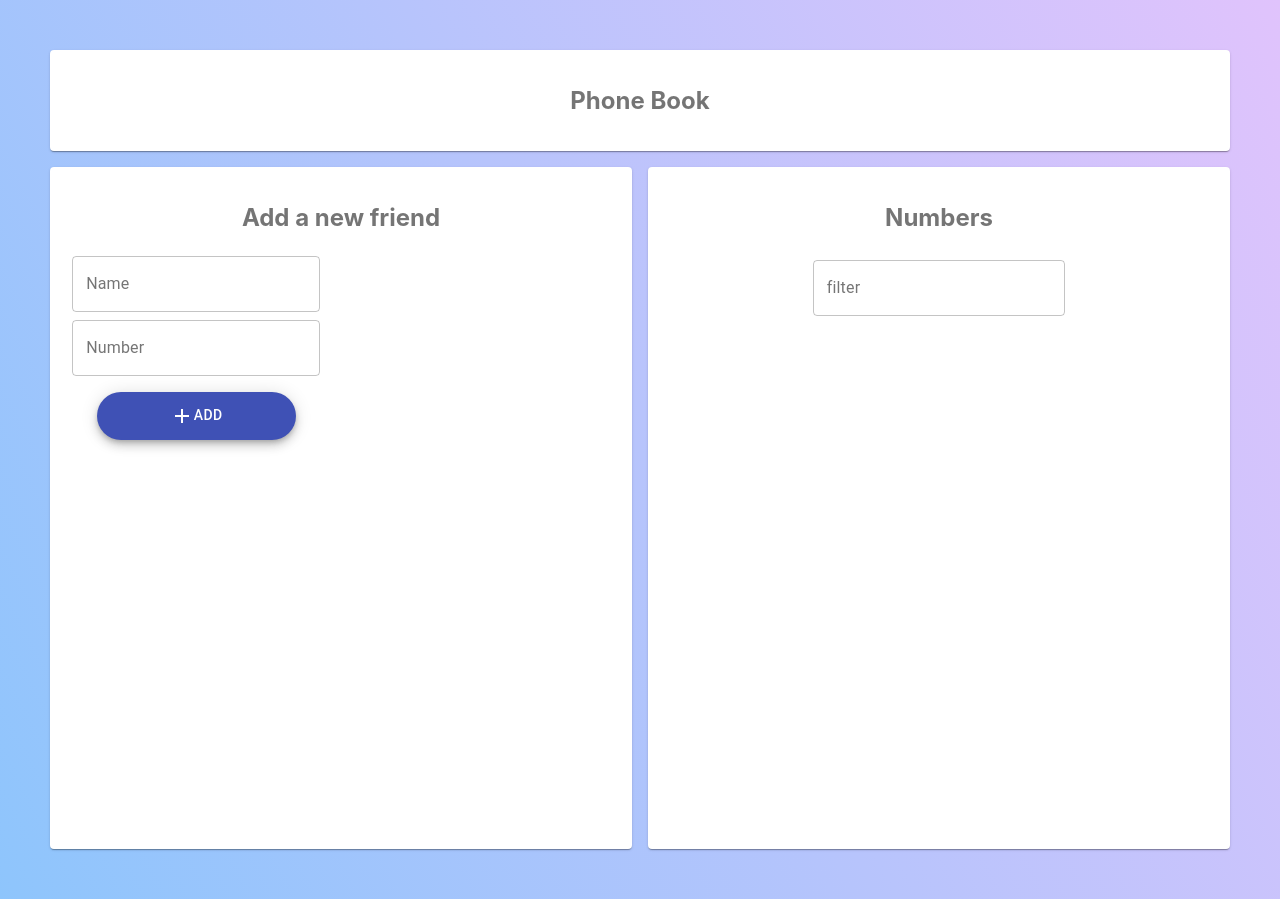
Repository: StacyLafume/phone-book
Page: / (app in phone-book/)
An editor plug-in stored every save of this project. The page is shown before and after the next save, followed by the edit.
The browser window is 1280 px wide. The pictures show the whole page.
The page's requests for data from a server got no answer. The project was rebuilt for these pictures with package versions that can differ from the ones it lists, and the page was loaded fresh each time. No one was signed in, and anything a server would have sent is missing. Also part of the build but not shown: phone-book/src/PhoneBook.js.

Above is the page before, as saved 2021-04-02 02:22:21.

### phone-book/src/index.css
body {
  margin: 0;
  font-family: -apple-system, BlinkMacSystemFont, 'Segoe UI', 'Roboto', 'Oxygen',
    'Ubuntu', 'Cantarell', 'Fira Sans', 'Droid Sans', 'Helvetica Neue',
    sans-serif;
  -webkit-font-smoothing: antialiased;
  -moz-osx-font-smoothing: grayscale;
  background-color: #8EC5FC;
background-image: linear-gradient(62deg, #8EC5FC 0%, #E0C3FC 100%);

}

code {
  font-family: source-code-pro, Menlo, Monaco, Consolas, 'Courier New',
    monospace;
}

### phone-book/src/App.js
import React, { useState, useEffect } from "react";
// importing a modual personsService
import personsService from "./Service/person";
import Filter from "./Filter";
import Notification from "./Notification";
import PersonForm from "./PersonForm";
import PhoneBook from "./PhoneBook";
import { makeStyles } from '@material-ui/core/styles';
import Paper from '@material-ui/core/Paper';
import Grid from '@material-ui/core/Grid';
import Box from '@material-ui/core/Box';
import List from '@material-ui/core/List';


const App = () => {
  const [persons, setPersons] = useState([]);
  const [newName, setNewName] = useState("");
  const [newNumber, setNewNumber] = useState("");
  const [showFilter, setshowFilter] = useState("");
  const [notification, setNotification] = useState(null);
  const [success, setSuccess] = useState(null);

  const useStyles = makeStyles((theme) => ({
    root: {
      flexGrow: 1,
      margin: 50,

    },
    paper: {
      padding: theme.spacing(2),
      justifyItems: 'center',
      color: theme.palette.text.secondary,
      overflow: 'auto',
      height: 650,

    },
    header1: {
      padding: theme.spacing(2),
      justifyItems: 'center',
      color: theme.palette.text.secondary,
      overflow: 'auto',
      textAlign: 'center'
    },
    addFriend:{
      padding: theme.spacing(2),
      justifyItems: 'center',
      color: theme.palette.text.secondary,
      overflow: 'auto',
      textAlign: 'center',
      height: 650,
      justifyContent: 'center'

    }
  }));

  // show data on the screen
  useEffect(() => {
    personsService
      .getAll()
      .then(response => {
        setPersons(response);
      })
      .catch(error => showMessage("Could not retrieve data", false));
  }, []);

  const addNewName = e => {
    e.preventDefault();
    const personObject = {
      name: newName,
      number: newNumber
    };

    //console.log('persons.some(e => e.name === newName)',persons.some(e => e.name === newName))

    // if name is already in phone book return true and alert user
    if (persons.some(e => e.name === newName)) {

      // first name equal to that name
      let personId = persons.find(item => item.name === newName);

      // assigning whats in person obj to person id to update the entry
      let updatedEntry = Object.assign(personId, personObject);

      // alert the user  to update name  and / or  number
      if (
        window.confirm(
          `Do you want to update ${newName} with number ${newNumber}?`
        )
      ) {
        // based on the condition it will make put request to update
        personsService
          .update(personId.id, personObject)
          .then(() => {
            setPersons(
              // map through persons check if name is equal to new name
              //and either return updatedEntry or item
              persons.map(item => (item.name === newName ? updatedEntry : item))
            );
            // reset inputs
            setNewName("");
            setNewNumber("");
            // alert user of the changes
            showMessage(` ${newName} phone number updated`);
          })
          .catch(error => {
            showMessage(
              `Update failed. ${newName} has already been removed from the phone book.`,
              false
            );
            setPersons(persons.filter(n => n.name !== newName));
          });
      }
    } else {
      // if number is already in phone book return true and alert user
      if (persons.some(e => e.number === newNumber)) {
        showMessage(`# ${newNumber} is already in the phone book.`, false);
      } else {
        // check if inputs are empty and set show message
        if (newName === "" || newNumber === "") {
          showMessage(`The name and number must not be empty`, false);
        } else {
          // add personObject to the data base
          personsService
            .create(personObject)
            .then(returnedPerson => {
              setPersons(persons.concat(returnedPerson));
              // reset inputs
              setNewName("");
              setNewNumber("");
              // alert user
              showMessage(`User ${newName} has been added to the phone book`);
            })
            .catch(error => {
              console.log(error.response.data.error)
              return showMessage(
                `Failed to add number. More about error: ${error.response.data.error
                }`,
                false
              );
            });
          // make a get requests of updated data
          personsService
            .getAll()
            .then(response => {
              setPersons(response);
            })
            .catch(error => showMessage("Could not retrieve data", false));
        }
      }
    }
  };

  const removeEntry = person => {
    // if user clicks yes to remove
    if (window.confirm(`Remove ${person.name}?`)) {
      // call delete request with id that needs to be deleted
      personsService
        .remove(person.id)
        .then(() => {
          // setPerson to filtered array of every preson but the deleted person
          setPersons(persons.filter(item => item.id !== person.id));
          showMessage(`${person.name} has been removed from the phone book`);
        })
        .catch(error => {
          showMessage(
            `Removal failed. User ${person.name
            } has already been removed from the phone book.`,
            false
          );
          // make a get requests of updated data
          personsService
            .getAll()
            .then(response => {
              setPersons(response);
            })
            .catch(error => showMessage("Could not retrieve data", false));
        });
    }
  };

  // tracking values in the name input
  const handleNameChange = e => {
    // console.log(e.target.value);
    setNewName(e.target.value);
  };

  // tracking values in the number input
  const handleNumberChange = e => {
    setNewNumber(e.target.value);
  };

  const showMessage = (message, successNotification = true) => {
    // sets notication based on the true or false given by the condiyion it was called in
    setNotification(message);
    // boolean value if the rquest was successful or not
    setSuccess(successNotification);

    // the notification will stay on browser for 3 sec
    setTimeout(() => {
      setNotification(null);
      setSuccess(null);
    }, 3000);
  };

  const classes = useStyles();
  return (
    <Box className={classes.root}>
      <Grid container spacing={2}>
      <Grid item xs={12}>
      <Paper className={classes.header1}>
        <h2>Phone Book</h2>
        </Paper>
        </Grid>
        <Grid item xs={6} >
          <Paper className={classes.addFriend}>


            <h2>Add a new friend</h2>
            <PersonForm
              addNewName={addNewName}
              newName={newName}
              handleNameChange={handleNameChange}
              handleNumberChange={handleNumberChange}
            />
          </Paper>
        </Grid>
        <Grid item xs={6}>
          <Paper className={classes.paper}>
            <h2>Numbers</h2>
            <Notification notification={notification} success={success} />
            <Filter showFilter={showFilter} setshowFilter={setshowFilter} />
            <List>
              <PhoneBook
                persons={persons}
                showFilter={showFilter}
                removeEntry={removeEntry}
              />
            </List>
          </Paper>
        </Grid>
      </Grid>
    </Box>
  );
};

export default App;

### phone-book/src/Service/person.js
import axios from "axios";

//const baseUrl = "http://localhost:3003/persons";
const baseUrl = 'api/persons';

// get rquest for all of json datas
const getAll = () => {
  const request = axios.get(baseUrl);
  return request.then(response => response.data);
};

// post request to add new entry
const create = newObject => {
  const request = axios.post(baseUrl, newObject);
  return request.then(response => response.data)
};

// put request to update json db
const update = (id, newObject) => {
  const request = axios.put(`${baseUrl}/${id}`, newObject);
  return request.then(response => response.data);
};

// delete request to delete from json data base
const remove = id => {
  const request = axios.delete(`${baseUrl}/${id}`);
  return request.then(response => response.data);
};


// exporting all of the functions
export default {
  getAll: getAll,
  create: create,
  update: update,
  remove: remove
};

### phone-book/src/Filter.js
import React from "react";
import { makeStyles } from '@material-ui/core/styles';
import TextField from '@material-ui/core/TextField';

const Filter = ({ showFilter, setshowFilter }) => {
  const useStyles = makeStyles((theme) => ({
    root: {
      '& > *': {
        margin: theme.spacing(1),
        width: '25ch',
      },
    },
  }));
  const classes = useStyles();
  const filterPersons = e => {
    setshowFilter(e.target.value);
  };

  return (
    <div className={classes.root}>
      <TextField id="outlined-basic" value={showFilter} label="filter" variant="outlined"onChange={filterPersons} />
    </div>
  );
};

export default Filter;

### phone-book/src/Notification.js
import React from "react";


const Notification = ({ notification, success }) => {
  // console.log(notification);
  // console.log(success);

  // if there is no notification return null
  if (notification === null) {
    return null;
  }

  // if success renders the paticular (inLine) style
  if (success)
    return (
      <div className="success" style={styles.success}>
        {notification}
      </div>
    );
  else
    return (
      <div className="success" style={styles.fail}>
        {notification}
      </div>
    );
};

var styles = {
  success: {
    color: "green",
    background: "white",
    fontSize: 20,
    borderStyle: "solid",
    borderRadius: 5,
    padding: 10,
    marginBottom: 10
  },
  fail: {
    color: "red",
    background: "white",
    fontSize: 20,
    borderStyle: "solid",
    borderRadius: 5,
    padding: 10,
    marginBottom: 10
  }
};

export default Notification;

### phone-book/src/PersonForm.js
import React from "react";
import { makeStyles } from '@material-ui/core/styles';
import TextField from '@material-ui/core/TextField';
import Grid from '@material-ui/core/Grid';
import Fab from '@material-ui/core/Fab';
import AddIcon from '@material-ui/icons/Add';



const PersonForm = ({
  newName,
  newNumber,
  addNewName,
  handleNameChange,
  handleNumberChange
}) => {
  const useStyles = makeStyles((theme) => ({
    root: {
      '& > *': {
        margin: theme.spacing(1),
        width: '25ch',
      },
    },
    press: {
      margin: {
        margin: theme.spacing(1),
      },
      extendedIcon: {
        marginRight: theme.spacing(1),
      },
    }
  }));
  const classes = useStyles();
  return (
    <Grid container spacing={1}>
      <form onSubmit={addNewName} className={classes.root} noValidate autoComplete="off">

        {/* calls the function tracking values in the name input */}
        {/* name: <input value={newName} onChange={handleNameChange} /> */}
        <Grid item xs={12}>
        <TextField id="outlined-basic" label="Name" value={newName} onChange={handleNameChange} variant="outlined" />
        </Grid>
        <Grid item  xs={12}>
        {/* calls the function tracking values in the number input */}
        <TextField id="outlined-basic" value={newNumber} onChange={handleNumberChange} label="Number" variant="outlined" />
        </Grid>
        {/* calls the create request to add name and number */}
        <Fab variant="extended" color="primary" aria-label="add" className={classes.margin} type="submit">
          <AddIcon className={classes.extendedIcon} />
         Add
        </Fab>
      </form>
      </Grid>

  );
};


export default PersonForm;

Loaded but not shown: phone-book/public/index.html (common file); phone-book/src/index.js (common file)

After the next save:
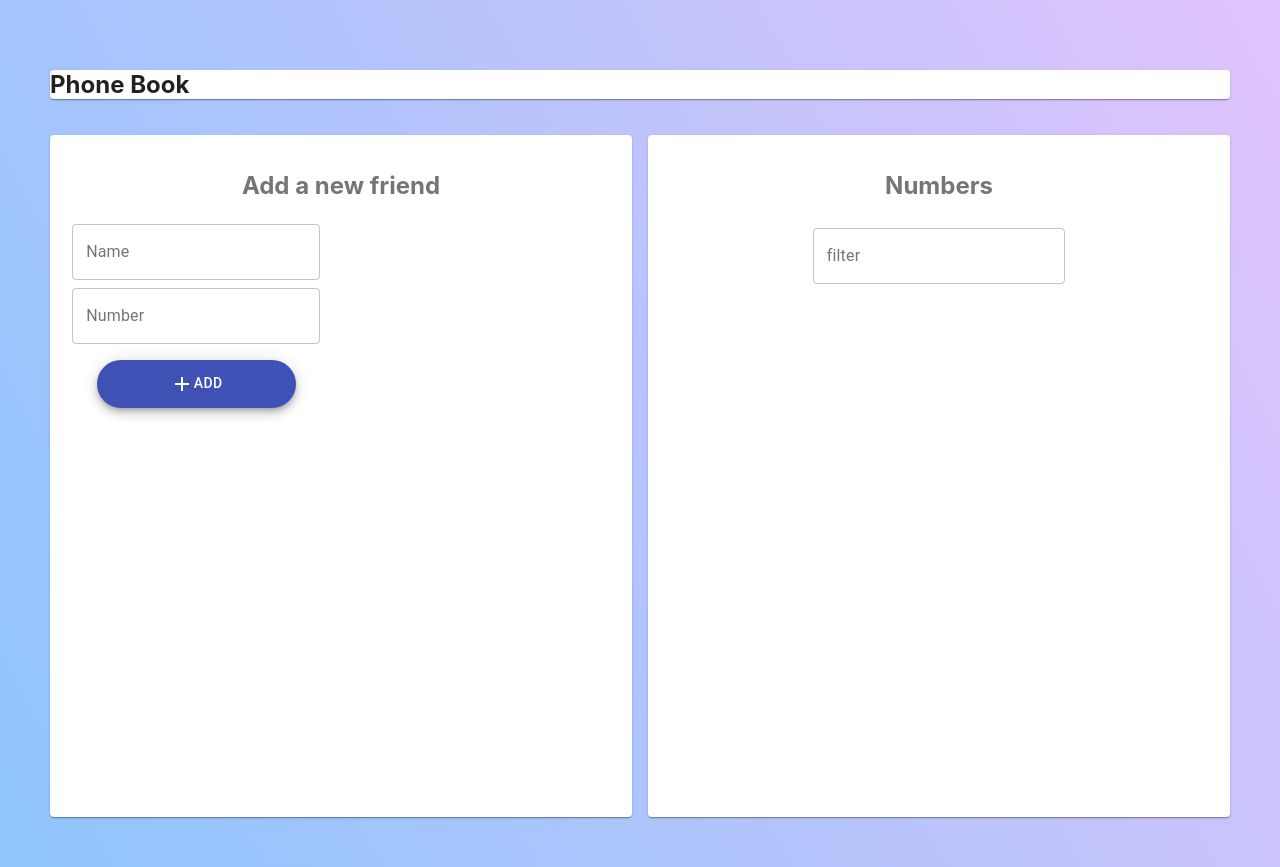
Saved 44 s later.
--- a/phone-book/src/App.js
+++ b/phone-book/src/App.js
@@ -34,13 +34,7 @@ const App = () => {
       height: 650,
 
     },
-    header1: {
-      padding: theme.spacing(2),
-      justifyItems: 'center',
-      color: theme.palette.text.secondary,
-      overflow: 'auto',
-      textAlign: 'center'
-    },
+
     addFriend:{
       padding: theme.spacing(2),
       justifyItems: 'center',
